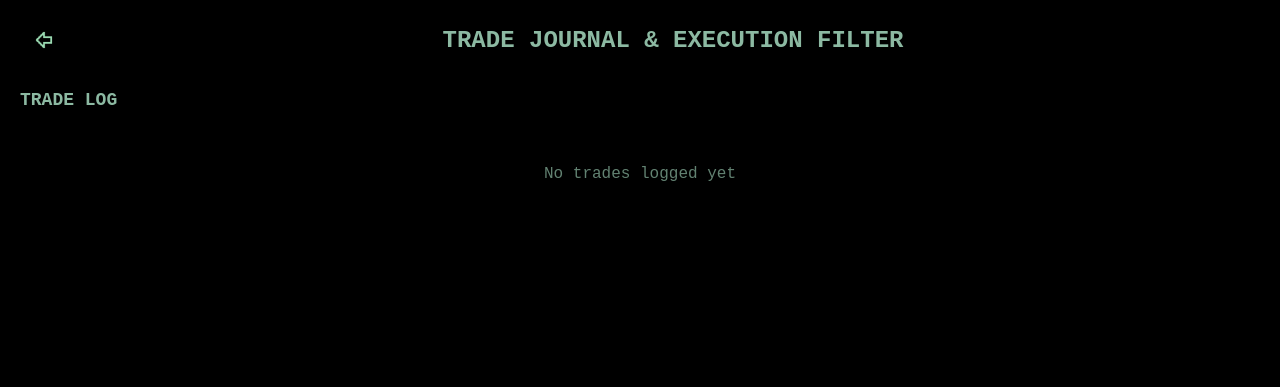
Repository: 11612x/burnlistv1.1
Page: /journal
These files come from the project's save history. The page is drawn as it stood at one moment and after the next save; the edit follows.
The browser window is 1280 px wide. The pictures show the whole page.
The project was rebuilt for these pictures with package versions that can differ from the ones it lists, and the page was loaded fresh each time. Also part of the build but not shown: vite.config.js, src/components/CustomTooltip.jsx, src/logic/portfolioUtils.js, src/components/WatchlistChart.jsx, src/data/randomNames.js, src/data/mockTickerGenerator.js, src/components/NotificationBanner.jsx, src/pages/HomePage.jsx and 22 more.

Above is the page before, as saved 2025-07-25 15:20:47.

### index.html
<!DOCTYPE html>
<html lang="en">
  <head>
    <meta charset="UTF-8" />
    <meta name="viewport" content="width=device-width, initial-scale=1.0, maximum-scale=1.0, user-scalable=no" />
    <meta name="apple-mobile-web-app-capable" content="yes" />
    <meta name="apple-mobile-web-app-status-bar-style" content="black-translucent" />
    <meta name="theme-color" content="#000000" />
    <meta name="mobile-web-app-capable" content="yes" />
    <title>Burnlist</title>
    <link rel="icon" type="image/x-icon" href="/favicon.ico" />
    <link rel="apple-touch-icon" href="/favicon.ico" />
  </head>
  <body>
    <div id="root"></div>
    <script type="module" src="/src/main.jsx"></script>
  </body>
</html>

### src/main.jsx
import React from 'react';
import ReactDOM from 'react-dom/client';
import App from './App';
import './index.css';
import MockWatchlistPage from './pages/MockWatchlistPage';

console.log("MAIN.JSX is running");


ReactDOM.createRoot(document.getElementById('root')).render(<App />);

### src/pages/TradeJournal.jsx
import React, { useState, useEffect } from "react";
import { useTheme } from '../ThemeContext';
import { useNavigate } from 'react-router-dom';
import NotificationBanner from '@components/NotificationBanner';
import CustomButton from '@components/CustomButton';
import greenflag from '../assets/greenflag.png';
import yellowflag from '../assets/yellowflag.png';
import redflag from '../assets/redflag.png';
import backbutton from '../assets/backbutton.png';
import box from '../assets/box.png';
import checkbox from '../assets/checkbox.png';

const CRT_GREEN = 'rgb(140,185,162)';

// Setup configurations with their specific checklists
const SETUP_CONFIGS = {
  breakout: {
    name: "Breakout",
    checklists: [
      "Horizontal resistance tested at least 2–3 times",
      "Tight consolidation range (3–7 bars) near resistance",
      "No overlapping wicks or indecision candles near breakout zone",
      "Volume increasing into resistance (1-day Relative Volume > 1.5)",
      "RSI between 50–65 and rising",
      "MACD bullish crossover or trending upward",
      "Price within 5% of 52-week high",
      "No major macro event or earnings within next 7 days",
      "Clean air above breakout level (no nearby supply)"
    ],
    newsValidation: [
      "Catalyst present in last 3 days (e.g. earnings beat, analyst upgrade, sector momentum)",
      "Headline or PR confirms why price is reacting",
      "Price action matches news intensity (no fade after news)"
    ]
  },
  pullback: {
    name: "Pullback",
    checklists: [
      "Strong uptrend visible on daily chart",
      "Pullback to support (20 EMA, 50 SMA, or breakout retest)",
      "Low volume during the pullback vs prior rally",
      "Candle structure is clean (no breakdown bars or gaps)",
      "Reversal signal forming (hammer, engulfing, inside bar)",
      "RSI between 35–50, curling up",
      "MACD flattening or turning bullish",
      "Relative Volume (3–5 day avg) > 1.2",
      "No earnings within next 5 days",
      "Pullback has not broken prior swing low"
    ],
    newsValidation: [
      "Recent catalyst (earnings, analyst note, macro driver) caused last rally",
      "Catalyst is still relevant (not priced in / not reversed)",
      "If no news, chart structure alone justifies trade"
    ]
  },
  shortSqueeze: {
    name: "Short Squeeze",
    checklists: [
      "Wide-range breakout candle on high volume",
      "Gap + hold or strong Day 1/Day 2 continuation behavior",
      "Relative Volume (1-day) > 2.0",
      "Beta > 2.0 or Volatility > 4%",
      "RSI between 55–70 (not overbought)",
      "MACD trending upward or freshly crossed",
      "High short float (20%+) confirmed externally (Finviz, Fintel, etc.)",
      "Small float or prior squeeze chart behavior",
      "Room above — no major resistance overhead"
    ],
    newsValidation: [
      "Confirmed event or sentiment driver (e.g. earnings beat, activist, insider buys)",
      "Headline present within last 3 days",
      "If no news: verify price is moving *only* due to float pressure (pure squeeze logic)"
    ]
  },
  postEarnings: {
    name: "Post-Earnings Momentum",
    checklists: [
      "Earnings occurred within last 3 trading days",
      "Large green candle on earnings day with strong close",
      "Price gapped up and held or built above 20 EMA",
      "Day 2 or Day 3 shows continuation or controlled pullback",
      "Relative Volume (1–3 day avg) > 1.5",
      "RSI between 55–70",
      "MACD bullish",
      "No major macro interference (Fed, CPI, etc.) within 3 days",
      "Target zone has room for extension (no hard resistance above)"
    ],
    newsValidation: [
      "Confirm earnings beat — look for revenue + EPS beat and guidance raise",
      "Check press release or SA earnings summary",
      "Ensure market reaction aligns with numbers (not a fake pump)"
    ]
  }
};

const TradeJournal = () => {
  const { isInverted } = useTheme();
  const navigate = useNavigate();
  const [selectedSetup, setSelectedSetup] = useState("");
  const [ticker, setTicker] = useState("");
  const [checklistItems, setChecklistItems] = useState({});
  const [entryPrice, setEntryPrice] = useState("");
  const [stopLoss, setStopLoss] = useState("");
  const [target, setTarget] = useState("");
  const [accountSize, setAccountSize] = useState("");
  const [riskPerTrade, setRiskPerTrade] = useState("2");
  const [overrideReason, setOverrideReason] = useState("");
  const [trades, setTrades] = useState([]);
  const [notification, setNotification] = useState("");
  const [notificationType, setNotificationType] = useState("info");
  const [isFetching, setIsFetching] = useState(false);
  const [fetchedData, setFetchedData] = useState(null);

  // Load trades from localStorage on mount
  useEffect(() => {
    const savedTrades = localStorage.getItem("trade_journal_trades");
    if (savedTrades) {
      try {
        setTrades(JSON.parse(savedTrades));
      } catch (error) {
        console.error("Error loading trades:", error);
      }
    }
  }, []);

  // Save trades to localStorage whenever trades change
  useEffect(() => {
    localStorage.setItem("trade_journal_trades", JSON.stringify(trades));
  }, [trades]);

  // Reset checklist when setup changes
  useEffect(() => {
    if (selectedSetup && SETUP_CONFIGS[selectedSetup]) {
      const newChecklist = {};
      SETUP_CONFIGS[selectedSetup].checklists.forEach(item => {
        newChecklist[item] = false;
      });
      setChecklistItems(newChecklist);
    }
  }, [selectedSetup]);

  const handleChecklistChange = (item) => {
    setChecklistItems(prev => ({
      ...prev,
      [item]: !prev[item]
    }));
  };

  const calculateRiskReward = () => {
    if (!entryPrice || !stopLoss || !target) return null;
    const entry = parseFloat(entryPrice);
    const stop = parseFloat(stopLoss);
    const targetPrice = parseFloat(target);

    if (entry <= 0 || stop <= 0 || targetPrice <= 0) return null;

    const risk = Math.abs(entry - stop);
    const reward = Math.abs(targetPrice - entry);

    if (risk === 0) return null;

    return (reward / risk).toFixed(2);
  };

  const calculatePositionSize = () => {
    if (!accountSize || !riskPerTrade || !entryPrice || !stopLoss) return null;

    const account = parseFloat(accountSize);
    const riskPercent = parseFloat(riskPerTrade) / 100;
    const entry = parseFloat(entryPrice);
    const stop = parseFloat(stopLoss);

    if (account <= 0 || riskPercent <= 0 || entry <= 0 || stop <= 0) return null;

    const riskAmount = account * riskPercent;
    const riskPerShare = Math.abs(entry - stop);

    if (riskPerShare === 0) return null;

    return Math.floor(riskAmount / riskPerShare);
  };

  const getVerdict = () => {
    if (!selectedSetup || Object.keys(checklistItems).length === 0) return null;

    const totalItems = Object.keys(checklistItems).length;
    const checkedItems = Object.values(checklistItems).filter(Boolean).length;
    const failedItems = totalItems - checkedItems;

    if (failedItems === 0) return { type: "qualified", text: "Qualified", flag: greenflag };
    if (failedItems <= 2) return { type: "discretionary", text: "Discretionary", flag: yellowflag };
    return { type: "blocked", text: "Blocked", flag: redflag };
  };

  const handleSubmit = () => {
    if (!selectedSetup || !entryPrice || !stopLoss || !target) {
      setNotification("Please fill in all required fields");
      setNotificationType("error");
      setTimeout(() => setNotification(""), 3000);
      return;
    }

    const verdict = getVerdict();
    if (!verdict) return;

    const newTrade = {
      id: Date.now(),
      ticker: ticker.toUpperCase(), // Use the ticker from the form
      setupType: SETUP_CONFIGS[selectedSetup].name,
      entryPrice: parseFloat(entryPrice),
      stopLoss: parseFloat(stopLoss),
      target: parseFloat(target),
      riskReward: calculateRiskReward(),
      positionSize: calculatePositionSize(),
      verdict: verdict.text,
      verdictType: verdict.type,
      verdictFlag: verdict.flag,
      checklistItems: { ...checklistItems },
      overrideReason: verdict.type !== "qualified" ? overrideReason : "",
      date: new Date().toISOString(),
      notes: "",
      outcome: "pending"
    };

    setTrades(prev => [newTrade, ...prev]);

    // Reset form
    setSelectedSetup("");
    setTicker("");
    setChecklistItems({});
    setEntryPrice("");
    setStopLoss("");
    setTarget("");
    setOverrideReason("");

    setNotification("Trade logged successfully");
    setNotificationType("success");
    setTimeout(() => setNotification(""), 3000);
  };

  const handleFetchFinviz = async () => {
    if (!ticker) {
      setNotification("Enter a ticker first");
      setNotificationType("error");
      setTimeout(() => setNotification(""), 2000);
      return;
    }
    setIsFetching(true);
    setNotification("Fetching data from Finviz...");
    setNotificationType("info");
    try {
      const res = await fetch(`http://localhost:5001/api/finviz/${ticker}`);
      const data = await res.json();
      setFetchedData(data);
      setNotification("Finviz data loaded!");
      setNotificationType("success");
    } catch (err) {
      setNotification("Failed to fetch from Finviz");
      setNotificationType("error");
    }
    setIsFetching(false);
    setTimeout(() => setNotification(""), 2000);
  };

  const updateTrade = (id, updates) => {
    setTrades(prev => prev.map(trade =>
      trade.id === id ? { ...trade, ...updates } : trade
    ));
  };

  const deleteTrade = (id) => {
    setTrades(prev => prev.filter(trade => trade.id !== id));
  };

  const riskReward = calculateRiskReward();
  const positionSize = calculatePositionSize();
  const verdict = getVerdict();

  return (
    <div style={{
      padding: '20px',
      fontFamily: 'Courier New',
      color: isInverted ? '#000' : CRT_GREEN,
      background: isInverted ? CRT_GREEN : '#000',
      minHeight: '100vh'
    }}>
      <NotificationBanner
        message={notification}
        type={notificationType}
        onClose={() => setNotification("")}
      />

      <div style={{ display: 'flex', alignItems: 'center', marginBottom: '30px' }}>
        <CustomButton
          onClick={() => navigate(-1)}
          style={{
            backgroundColor: 'transparent',
            color: CRT_GREEN,
            border: 'none',
            padding: '8px 12px',
            marginRight: '20px',
            display: 'flex',
            alignItems: 'center',
            justifyContent: 'center'
          }}
        >
          <img
            src={backbutton}
            alt="Back"
            style={{
              width: '20px',
              height: '20px',
              filter: 'brightness(0) saturate(100%) invert(85%) sepia(15%) saturate(638%) hue-rotate(89deg) brightness(95%) contrast(87%)'
            }}
          />
        </CustomButton>
        <h1 style={{ fontSize: '24px', margin: 0, flex: 1, textAlign: 'center' }}>
          TRADE JOURNAL & EXECUTION FILTER
        </h1>
      </div>





      {/* Entry Details */}
      {selectedSetup && (
        <div style={{ marginBottom: '30px' }}>
          <h2 style={{ marginBottom: '15px', fontSize: '18px' }}>3. ENTRY DETAILS</h2>
          <div style={{
            display: 'grid',
            gridTemplateColumns: 'repeat(auto-fit, minmax(200px, 1fr))',
            gap: '15px'
          }}>
            <div>
              <label style={{ display: 'block', marginBottom: '5px' }}>Ticker Symbol:</label>
              <div style={{ display: 'flex', alignItems: 'center', gap: '8px' }}>
                <input
                  type="text"
                  value={ticker}
                  onChange={(e) => setTicker(e.target.value.toUpperCase())}
                  placeholder="AAPL"
                  style={{
                    width: '100%',
                    padding: '8px',
                    background: 'transparent',
                    border: `1px solid ${CRT_GREEN}`,
                    color: CRT_GREEN,
                    fontFamily: 'Courier New',
                    textTransform: 'uppercase'
                  }}
                />
                <CustomButton
                  onClick={handleFetchFinviz}
                  disabled={isFetching || !ticker}
                  style={{ fontSize: '12px', padding: '6px 12px' }}
                >
                  {isFetching ? "Fetching..." : "Fetch from Finviz"}
                </CustomButton>
              </div>
              {fetchedData && (
                <div style={{ marginTop: 10, border: `1px solid ${CRT_GREEN}`, padding: 10 }}>
                  <strong>Finviz Snapshot:</strong>
                  <div style={{ display: 'flex', flexWrap: 'wrap', gap: '16px' }}>
                    {Object.entries(fetchedData.snapshot || {}).map(([key, value]) => (
                      <div key={key}><strong>{key}:</strong> {value}</div>
                    ))}
                  </div>
                  {fetchedData.news && fetchedData.news.length > 0 && (
                    <>
                      <strong>News:</strong>
                      <ul>
                        {fetchedData.news.slice(0, 3).map((item, idx) => (
                          <li key={idx}><a href={`https://finviz.com${item.url}`} target="_blank" rel="noopener noreferrer">{item.headline}</a></li>
                        ))}
                      </ul>
                    </>
                  )}
                </div>
              )}
            </div>
            <div>
              <label style={{ display: 'block', marginBottom: '5px' }}>Entry Price:</label>
              <input
                type="number"
                step="0.01"
                value={entryPrice}
                onChange={(e) => setEntryPrice(e.target.value)}
                style={{
                  width: '100%',
                  padding: '8px',
                  background: 'transparent',
                  border: `1px solid ${CRT_GREEN}`,
                  color: CRT_GREEN,
                  fontFamily: 'Courier New'
                }}
              />
            </div>
            <div>
              <label style={{ display: 'block', marginBottom: '5px' }}>Stop Loss:</label>
              <input
                type="number"
                step="0.01"
                value={stopLoss}
                onChange={(e) => setStopLoss(e.target.value)}
                style={{
                  width: '100%',
                  padding: '8px',
                  background: 'transparent',
                  border: `1px solid ${CRT_GREEN}`,
                  color: CRT_GREEN,
                  fontFamily: 'Courier New'
                }}
              />
            </div>
            <div>
              <label style={{ display: 'block', marginBottom: '5px' }}>Target:</label>
              <input
                type="number"
                step="0.01"
                value={target}
                onChange={(e) => setTarget(e.target.value)}
                style={{
                  width: '100%',
                  padding: '8px',
                  background: 'transparent',
                  border: `1px solid ${CRT_GREEN}`,
                  color: CRT_GREEN,
                  fontFamily: 'Courier New'
                }}
              />
            </div>
          </div>
        </div>
      )}

      {/* Risk Management */}
      {selectedSetup && (
        <div style={{ marginBottom: '30px' }}>
          <h2 style={{ marginBottom: '15px', fontSize: '18px' }}>4. RISK MANAGEMENT</h2>
          <div style={{
            display: 'grid',
            gridTemplateColumns: 'repeat(auto-fit, minmax(200px, 1fr))',
            gap: '15px'
          }}>
            <div>
              <label style={{ display: 'block', marginBottom: '5px' }}>Account Size ($):</label>
              <input
                type="number"
                value={accountSize}
                onChange={(e) => setAccountSize(e.target.value)}
                style={{
                  width: '100%',
                  padding: '8px',
                  background: 'transparent',
                  border: `1px solid ${CRT_GREEN}`,
                  color: CRT_GREEN,
                  fontFamily: 'Courier New'
                }}
              />
            </div>
            <div>
              <label style={{ display: 'block', marginBottom: '5px' }}>Risk Per Trade (%):</label>
              <input
                type="number"
                step="0.1"
                value={riskPerTrade}
                onChange={(e) => setRiskPerTrade(e.target.value)}
                style={{
                  width: '100%',
                  padding: '8px',
                  background: 'transparent',
                  border: `1px solid ${CRT_GREEN}`,
                  color: CRT_GREEN,
                  fontFamily: 'Courier New'
                }}
              />
            </div>
          </div>

          {/* Calculations Display */}
          <div style={{
            marginTop: '15px',
            padding: '15px',
            border: `1px solid ${CRT_GREEN}`,
            background: 'rgba(140,185,162,0.1)'
          }}>
            <div style={{ display: 'grid', gridTemplateColumns: 'repeat(auto-fit, minmax(150px, 1fr))', gap: '10px' }}>
              <div>
                <strong>Risk:Reward:</strong> {riskReward ? `${riskReward}:1` : 'N/A'}
              </div>
              <div>
                <strong>Position Size:</strong> {positionSize ? `${positionSize} shares` : 'N/A'}
              </div>
              <div>
                <strong>Risk Amount:</strong> {accountSize && riskPerTrade ?
                  `$${((parseFloat(accountSize) * parseFloat(riskPerTrade) / 100)).toFixed(2)}` : 'N/A'}
              </div>
            </div>
          </div>
        </div>
      )}

      {/* Verdict */}
      {verdict && (
        <div style={{ marginBottom: '30px' }}>
          <h2 style={{ marginBottom: '15px', fontSize: '18px' }}>5. SETUP VERDICT</h2>
          <div style={{
            padding: '15px',
            border: `2px solid ${CRT_GREEN}`,
            textAlign: 'center',
            fontSize: '18px',
            fontWeight: 'bold',
            background: verdict.type === 'qualified' ? 'rgba(0,255,0,0.1)' :
                       verdict.type === 'discretionary' ? 'rgba(255,165,0,0.1)' :
                       'rgba(255,0,0,0.1)',
            display: 'flex',
            alignItems: 'center',
            justifyContent: 'center',
            gap: '10px'
          }}>
            <img
              src={verdict.flag}
              alt={verdict.text}
              style={{ width: '24px', height: '24px' }}
            />
            {verdict.text}
          </div>

          {verdict.type !== 'qualified' && (
            <div style={{ marginTop: '15px' }}>
              <label style={{ display: 'block', marginBottom: '5px' }}>
                Override Reason (Required for Discretionary/Blocked):
              </label>
              <textarea
                value={overrideReason}
                onChange={(e) => setOverrideReason(e.target.value)}
                style={{
                  width: '100%',
                  padding: '8px',
                  background: 'transparent',
                  border: `1px solid ${CRT_GREEN}`,
                  color: CRT_GREEN,
                  fontFamily: 'Courier New',
                  minHeight: '60px'
                }}
                placeholder="Explain why you're proceeding despite failed criteria..."
              />
            </div>
          )}
        </div>
      )}

      {/* Submit Button */}
      {selectedSetup && (
        <div style={{ textAlign: 'center', marginBottom: '30px' }}>
          <CustomButton
            onClick={handleSubmit}
            disabled={!ticker || !entryPrice || !stopLoss || !target || (verdict?.type !== 'qualified' && !overrideReason)}
            style={{ fontSize: '16px', padding: '12px 24px' }}
          >
            LOG TRADE
          </CustomButton>
        </div>
      )}

      {/* Trade Log */}
      <div>
        <h2 style={{ marginBottom: '15px', fontSize: '18px' }}>TRADE LOG</h2>
        {trades.length === 0 ? (
          <div style={{ textAlign: 'center', padding: '40px', opacity: 0.7 }}>
            No trades logged yet
          </div>
        ) : (
          <div style={{ overflowX: 'auto' }}>
            <table style={{
              width: '100%',
              borderCollapse: 'collapse',
              border: `1px solid ${CRT_GREEN}`
            }}>
              <thead>
                <tr style={{ background: 'rgba(140,185,162,0.1)' }}>
                  <th style={{ padding: '10px', border: `1px solid ${CRT_GREEN}`, textAlign: 'left' }}>Ticker</th>
                  <th style={{ padding: '10px', border: `1px solid ${CRT_GREEN}`, textAlign: 'left' }}>Setup</th>
                  <th style={{ padding: '10px', border: `1px solid ${CRT_GREEN}`, textAlign: 'left' }}>R:R</th>
                  <th style={{ padding: '10px', border: `1px solid ${CRT_GREEN}`, textAlign: 'left' }}>Verdict</th>
                  <th style={{ padding: '10px', border: `1px solid ${CRT_GREEN}`, textAlign: 'left' }}>Outcome</th>
                  <th style={{ padding: '10px', border: `1px solid ${CRT_GREEN}`, textAlign: 'left' }}>Actions</th>
                </tr>
              </thead>
              <tbody>
                {trades.map((trade) => (
                  <tr key={trade.id} style={{ borderBottom: `1px solid ${CRT_GREEN}` }}>
                    <td style={{ padding: '10px', border: `1px solid ${CRT_GREEN}` }}>
                      <input
                        type="text"
                        value={trade.ticker}
                        onChange={(e) => updateTrade(trade.id, { ticker: e.target.value })}
                        placeholder="Ticker"
                        style={{
                          background: 'transparent',
                          border: 'none',
                          color: CRT_GREEN,
                          fontFamily: 'Courier New',
                          width: '80px'
                        }}
                      />
                    </td>
                    <td style={{ padding: '10px', border: `1px solid ${CRT_GREEN}` }}>{trade.setup || trade.setupType}</td>
                    <td style={{ padding: '10px', border: `1px solid ${CRT_GREEN}` }}>{trade.riskReward}:1</td>
                                         <td style={{ padding: '10px', border: `1px solid ${CRT_GREEN}` }}>
                       <div style={{ display: 'flex', alignItems: 'center', gap: '5px' }}>
                         <img
                           src={trade.verdictFlag || (trade.verdictType === 'qualified' ? greenflag :
                                                    trade.verdictType === 'discretionary' ? yellowflag : redflag)}
                           alt={trade.verdict}
                           style={{ width: '16px', height: '16px' }}
                         />
                         {trade.verdict}
                       </div>
                     </td>
                    <td style={{ padding: '10px', border: `1px solid ${CRT_GREEN}` }}>
                      <select
                        value={trade.outcome}
                        onChange={(e) => updateTrade(trade.id, { outcome: e.target.value })}
                        style={{
                          background: 'transparent',
                          border: 'none',
                          color: CRT_GREEN,
                          fontFamily: 'Courier New'
                        }}
                      >
                        <option value="pending">Pending</option>
                        <option value="win">Win</option>
                        <option value="loss">Loss</option>
                        <option value="breakeven">Breakeven</option>
                      </select>
                    </td>
                    <td style={{ padding: '10px', border: `1px solid ${CRT_GREEN}` }}>
                      <CustomButton
                        onClick={() => deleteTrade(trade.id)}
                        style={{ padding: '4px 8px', fontSize: '12px' }}
                      >
                        Delete
                      </CustomButton>
                    </td>
                  </tr>
                ))}
              </tbody>
            </table>
          </div>
        )}
      </div>
    </div>
  );
};

export default TradeJournal;

### src/ThemeContext.jsx
import React, { createContext, useContext, useState } from 'react';

const ThemeContext = createContext();

const CRT_GREEN = 'rgb(140,185,162)';
const CRT_GREEN_HEX = '#8CB9A2';
const RED = '#e31507';
const BLACK = '#000';
const BLACK2 = '#000000';

function mapColor(color, isInverted) {
  if (!isInverted) return color;
  // Normalize color string
  const c = color.trim().toLowerCase();
  // All black to CRT green
  if (c === BLACK || c === BLACK2 || c === 'black' || c.startsWith('rgb(0,0,0)')) return CRT_GREEN;
  // All CRT green to black
  if (c === CRT_GREEN || c === CRT_GREEN_HEX || c.startsWith('rgb(140,185,162)')) return BLACK;
  // All red stays red
  if (c === RED) return RED;
  // All other accents (gray, orange, white, etc.) go black
  return BLACK;
}

export function ThemeProvider({ children }) {
  const [isInverted, setIsInverted] = useState(false);
  const toggleTheme = () => setIsInverted((prev) => !prev);
  return (
    <ThemeContext.Provider value={{ isInverted, toggleTheme }}>
      {children}
    </ThemeContext.Provider>
  );
}

export function useTheme() {
  return useContext(ThemeContext);
}

export function useThemeColor(color) {
  const { isInverted } = useTheme();
  return mapColor(color, isInverted);
}

Loaded but not shown: src/data/fetchManager.js (396 lines, source omitted); src/data/finvizAdapter.js (102 lines, source omitted); src/data/normalizeTicker.js (67 lines, source omitted); src/index.css (457 lines, source omitted); src/components/MobileNavigation.jsx (104 lines, source omitted); src/App.jsx (73 lines, source omitted); src/components/CustomButton.jsx (50 lines, source omitted)

After the next save:
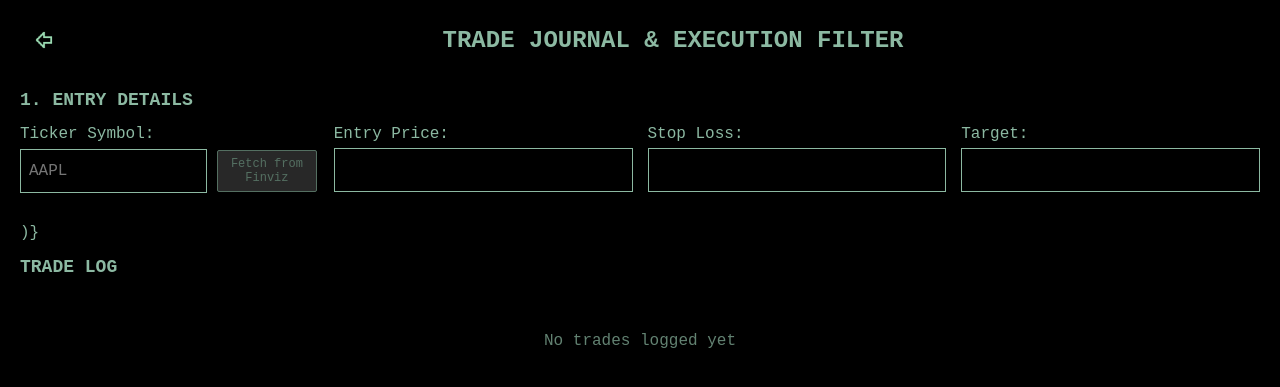
Saved 7 s later.
--- a/src/pages/TradeJournal.jsx
+++ b/src/pages/TradeJournal.jsx
@@ -324,9 +324,8 @@ const TradeJournal = () => {
 
 
       {/* Entry Details */}
-      {selectedSetup && (
-        <div style={{ marginBottom: '30px' }}>
-          <h2 style={{ marginBottom: '15px', fontSize: '18px' }}>3. ENTRY DETAILS</h2>
+      <div style={{ marginBottom: '30px' }}>
+        <h2 style={{ marginBottom: '15px', fontSize: '18px' }}>1. ENTRY DETAILS</h2>
           <div style={{
             display: 'grid',
             gridTemplateColumns: 'repeat(auto-fit, minmax(200px, 1fr))',
